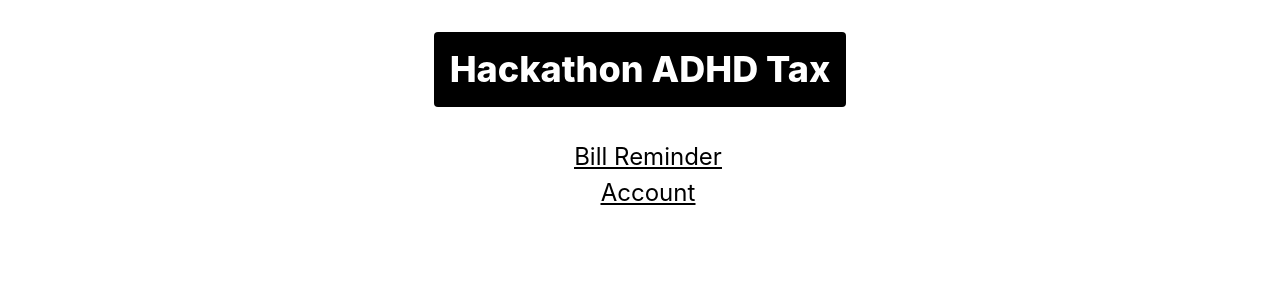
Repository: ellamcmorrow/banking-reminder
Page: /
The author's editor kept a copy of each file at every save. The page is drawn from the files as they stood at one save, then again after a run of saves.
The browser window is 1280 px wide. The pictures show the whole page.
The project was rebuilt for these pictures with package versions that can differ from the ones it lists, and the page was loaded fresh each time. The framework's server and built-in components were replaced by stand-ins that run in the browser. Also part of the build but not shown: next.config.js.

Above is the page before, as saved 2024-12-01 18:00:38.

### src/pages/_app.tsx
import type { AppProps } from "next/app";
import { ChakraProvider, extendTheme } from "@chakra-ui/react";

// you can extend the theme and add custom colors, font styles, etc.
const colors = {
  greenDark: "#003d2d",
  greenLight: "#2f7d66",
  white: "#ffffff",
  offWhite: "#f8f8f8",
  darkGray: "#333333",
  black: "#000000",
};

const fontWeights = {
  normal: 400,
  medium: 600,
  bold: 800,
};

const fontFamily = {
  base: "GT Ultra Standard",
  bold: "GT Ultra Median",
};

const breakpoints = {
  sm: "320px",
  md: "768px",
  lg: "960px",
  xl: "1200px",
};

export const theme = extendTheme({
  colors,
  fontWeights,
  fontFamily,
  breakpoints,
});

function MyApp({ Component, pageProps }: AppProps) {
  return (
    <ChakraProvider theme={theme}>
      <Component {...pageProps} />
    </ChakraProvider>
  );
}

export default MyApp;

### src/pages/index.tsx
import type { NextPage } from "next";
import Head from "next/head";
import Link from "next/link";
import {
  Heading,
  Box,
  Center,
  UnorderedList,
  ListItem,
  Flex,
} from "@chakra-ui/react";

type Routes = {
  text: string;
  route: string;
};

const Home: NextPage = () => {
  const routesArr: Routes[] = [
    { text: "Bill Reminder", route: "reminder" },
    { text: "Account", route: "fetch-example" },
  ];

  return (
    <div>
      <Head>
        <title>NextJS and Chakra UI starter kit</title>
        <meta
          name="description"
          content="This is a starter kit for NextJS and Chakra UI"
        />
        <link rel="icon" href="/favicon.ico" />
      </Head>
      <Box>
        <Center>
          <Heading
            role="heading"
            as="h1"
            color="white"
            borderRadius={4}
            mt={8}
            p={4}
            bg="black"
          >
            Hackathon ADHD Tax
          </Heading>
        </Center>
        <Center>
          <UnorderedList mt={8} listStyleType="none">
            <Flex
              flexDirection="column"
              justifyContent="center"
              alignItems="center"
            >
              {routesArr.map(({ route, text }) => (
                <ListItem
                  key={route}
                  fontSize="2xl"
                  textDecoration="underline"
                  color="black"
                >
                  <Link href={route}>{text}</Link>
                </ListItem>
              ))}
            </Flex>
          </UnorderedList>
        </Center>
      </Box>
    </div>
  );
};

export default Home;

After the next 2 saves:
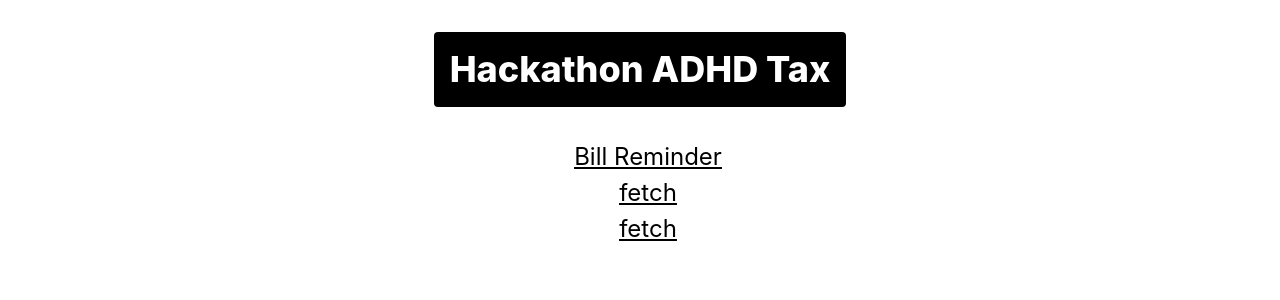
The 2 saves are shown as one change because they came seconds apart.
The last was saved 12 s later.
--- a/src/pages/index.tsx
+++ b/src/pages/index.tsx
@@ -18,7 +18,8 @@ type Routes = {
 const Home: NextPage = () => {
   const routesArr: Routes[] = [
     { text: "Bill Reminder", route: "reminder" },
-    { text: "Account", route: "fetch-example" },
+    { text: "fetch", route: "fetch-example" },
+    { text: "fetch", route: "fetch-example" },
   ];
 
   return (
